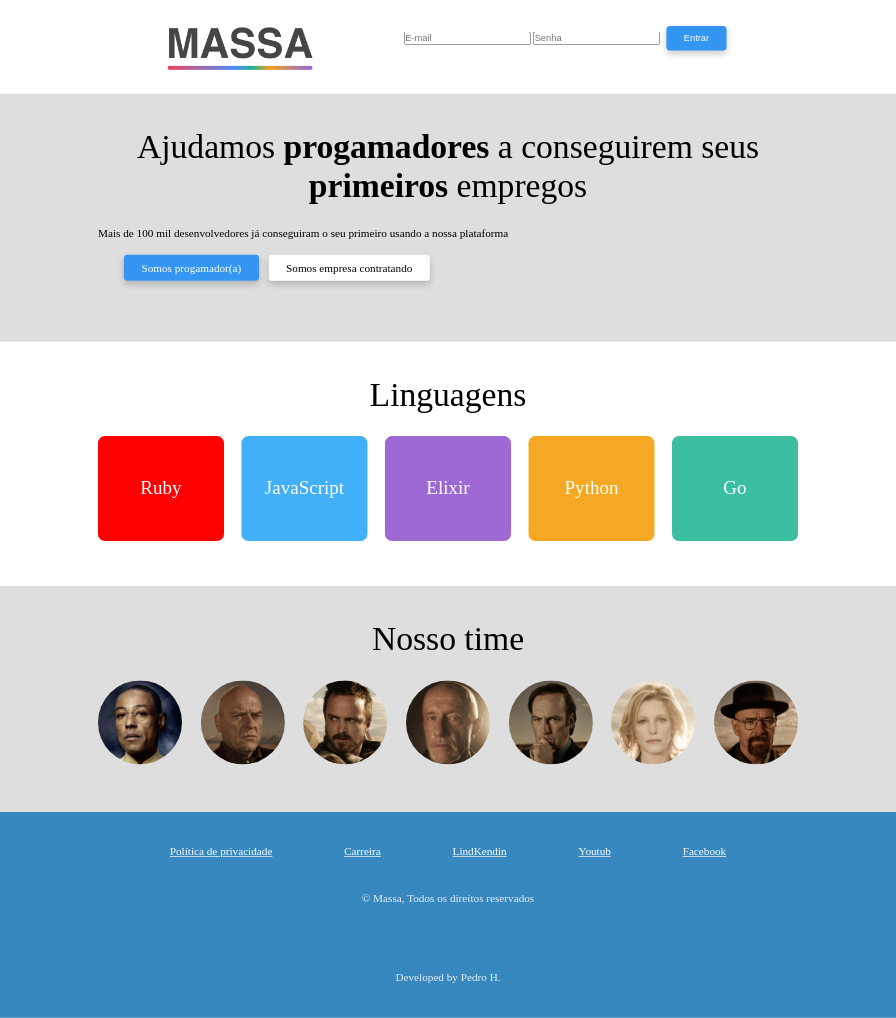
Repository: luizgaivaa/ProjetoSite
Page: index.html
The author's editor kept a copy of each file at every save. The page is drawn from the files as they stood at one save, then again after a run of saves.
The browser window is 1280 px wide. The pictures show the whole page, at 70% of full size.

Above is the page before, as saved 2024-03-19 14:18:08.

After the next 4 saves:
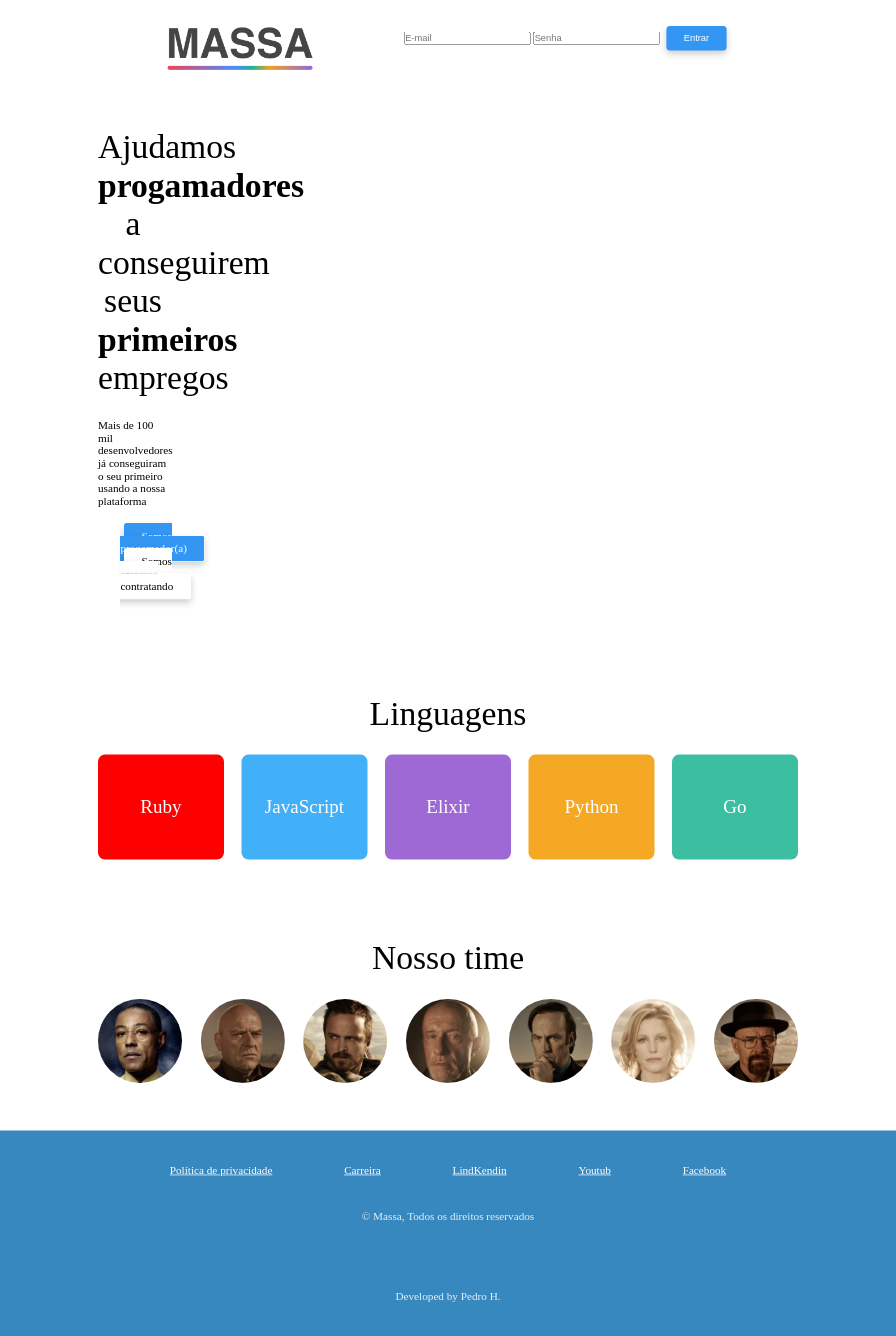
The 4 saves are shown as one change because they came seconds apart.
The last was saved 15 s later.
--- a/style.css
+++ b/style.css
@@ -88,8 +88,9 @@
     padding: 0 1rem;
 
    }
-   .herd{
-
+   .hero{
+    width: 100px;
+   }
    }
    .gray {
     background-color:rgb(223, 222, 222)
